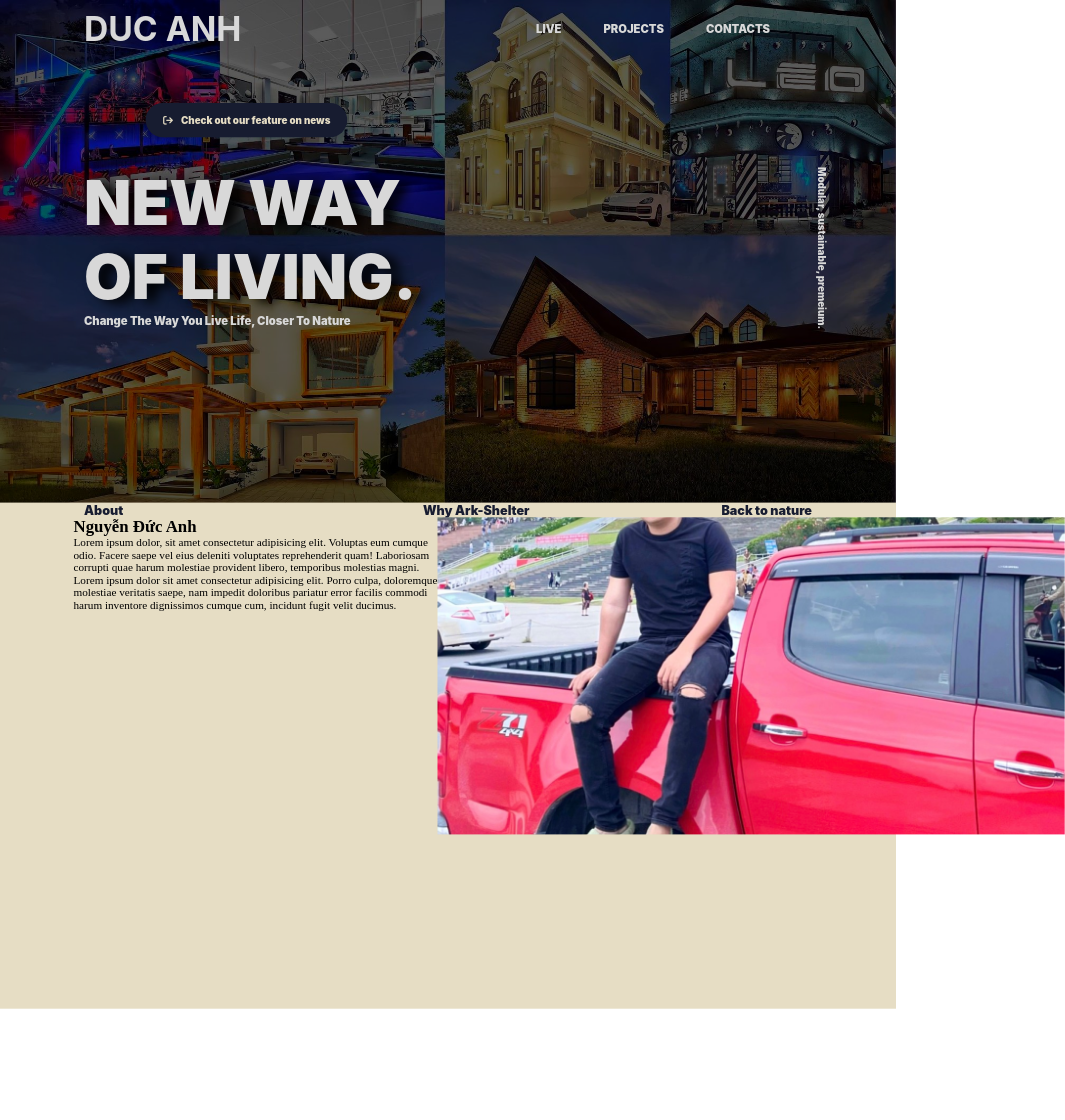
Repository: Ethanxcode/DucAnhNguyen
Page: index.html
These files come from the project's save history. The page is drawn as it stood at one moment and after the next save; the edit follows.
The browser window is 1280 px wide. The page is 1521 px wide, then 1280 px, so the pictures cover 1521 px, including what lies to the right of the window. The pictures show the part of the page from y = 0 to 1600 px (the page is 10000 px tall), at 70% of full size.

Above is the page before, as saved 2023-01-14 01:52:59.

After the next save:
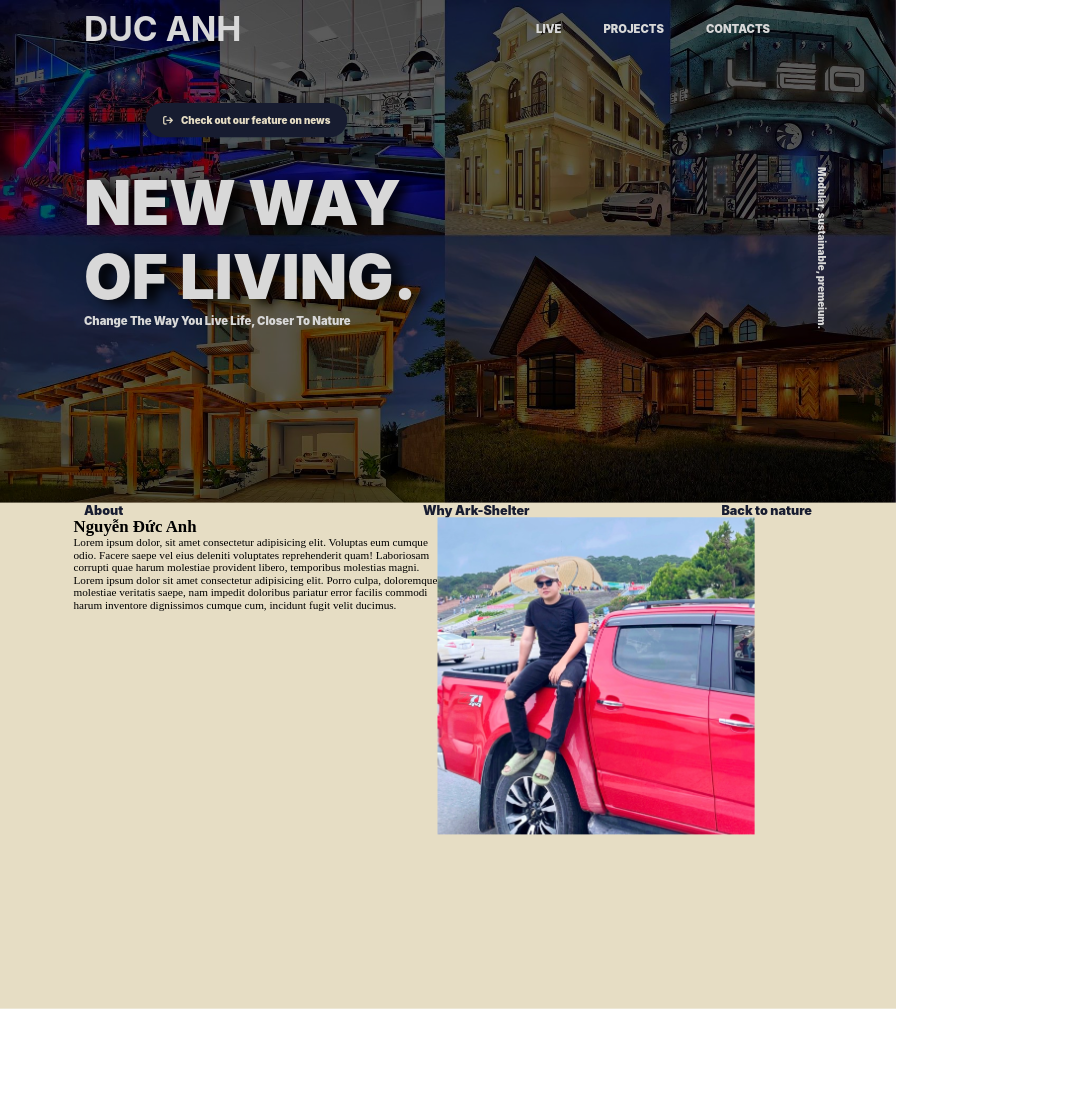
Saved 10 s later.
--- a/index.html
+++ b/index.html
@@ -91,7 +91,7 @@
 						<img
 							src="./Assets/P1.jpg"
 							alt=""
-							style="height: 453px; width: 896px; object-fit: cover"
+							style="height: 453px; width: 453px; object-fit: cover"
 						/>
 					</div>
 				</div>
